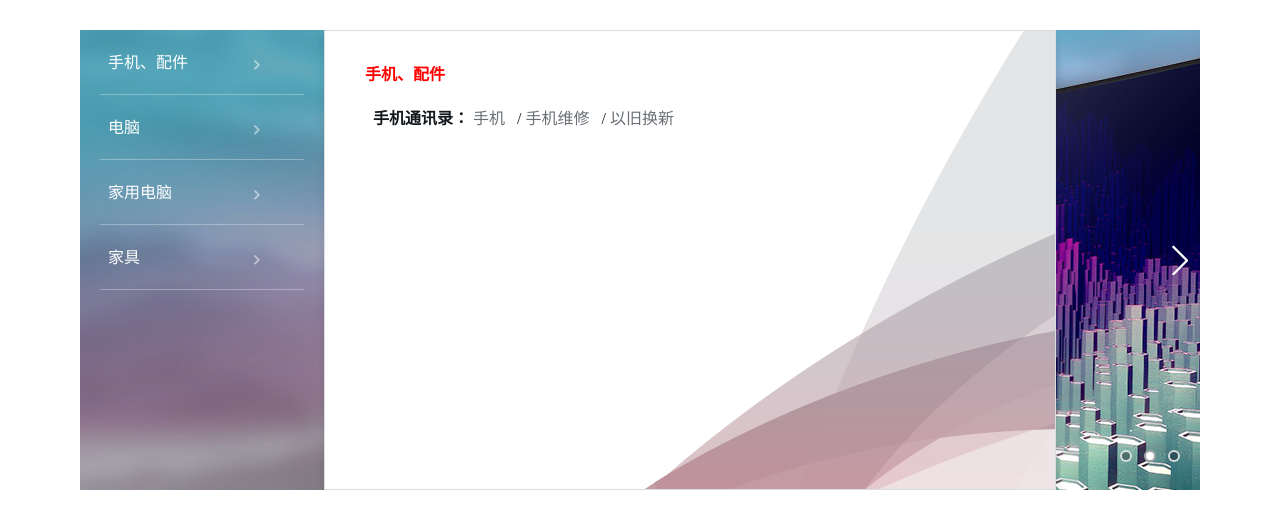
Repository: zhenzhen-gong/JSslider
Page: index.html
These files come from the project's save history. The page is drawn as it stood at one moment and after the next save; the edit follows.
The browser window is 1280 px wide. The pictures show the whole page.

Above is the page before, as saved 2020-06-06 18:58:32.

### index.html
<!DOCTYPE html>
<html lang="en">

<head>
    <meta charset="UTF-8">
    <meta name="viewport" content="width=device-width, initial-scale=1.0">
    <title>JS实现轮播图</title>
    <link rel="stylesheet" href="style.css">
    <script src="js.js"></script>
</head>

<body>
    <div class="main" id="main">
        <!-- 导航栏 -->
        <div class="menu-box">
            <div class="menu-title">
                <a href="#">
                    <span class="text">手机、配件</span><span class="ico">&#xe665;</span>
                </a>
            </div>
            <div class="menu-title">
                <a href="#">
                    <span class="text">电脑</span><span class="ico">&#xe665;</span>
                </a>
            </div>
            <div class="menu-title">
                 <a href="#">
                    <span class="text">家用电脑</span><span class="ico">&#xe665;</span>
                </a>
            </div>
            <div class="menu-title">
                <a href="#">
                    <span class="text">家具</span><span class="ico">&#xe665;</span>
                </a>
            </div>
        </div>
        <!-- 子菜单 -->
        <div class="menu-content">
            <!-- 每个一级menu对应的内容 -->
            <div class="content-box">
                <h4>手机、配件</h4>
                <ul>
                    <li>
                        <span class="title">手机通讯录：</span>
                        <a href="#">手机</a>
                        <span>/</span>
                        <a href="#">手机维修</a>
                        <span>/</span>
                        <a href="#">以旧换新</a>
                    </li>
                    <li></li>
                    <li></li>
                    <li></li>
                    <li></li>
                </ul>
            </div>
        </div>
        <!-- 图片轮播 -->
        <div class="slider" id="slider">
            <a href="">
                <div class="img img1 img-active"></div>
            </a>
            <a href="">
                <div class="img img2"></div>
            </a>
            <a href="">
                <div class="img img3"></div>
            </a>
        </div>
        <!-- 左右箭头 -->
        <span class="button left" id="pre"></span>
        <span class="button right" id="next"></span>
        <!-- 圆点切换 -->
        <div class="circle" id="circle">
            <span class="active"></span>
            <span></span>
            <span></span>
        </div>
        <div class="nav"></div>
        <div class="content"></div>
    </div>
</body>

</html>

### style.css
*{
    margin: 0;
    padding: 0;
}
ul{
    list-style: none;
}
@font-face {font-family: 'iconfont';
    src: url('../img/font/iconfont.eot');
    src: url('../img/font/iconfont.eot') format('embedded-opentype'),
    url('../img/font/iconfont.woff') format('woff'),
    url('../img/font/iconfont.ttf') format('truetype'),
    url('../img/font/iconfont.svg#iconfont') format('svg');
}
body{
    font-family: "微软雅黑";
    color: #14191e;
}
.main{
    position: relative;
    width: 1120px;
    height: 460px;
    margin: 30px auto;
    overflow: hidden;
}
.slider{
    position: relative;
    width: 1120px;
    height: 460px;
}
.img{
    position: absolute;
    width: 1120px;
    height: 460px;
    background-repeat: no-repeat;
    overflow: hidden;
    display: none;
}
.img1{
    background-image: url(img/bg1.jpg);
}
.img2{
    background-image: url(img/bg2.jpg);
}
.img3{
    background-image: url(img/bg3.jpg);
}
.img-active{
    display: block;
}
.button{
    position: absolute;
    width: 40px;
    height: 80px;
    left: 244px;
    top: 50%;
    margin-top: -40px;
    background:url(img/arrow.png) no-repeat center center ;
}
.button:hover{
    background-color: #333;
    opacity: 0.3;
    filter: alpha(opacity=80);/*是为了解决兼容问题，属于css3的filter属性*/
}
.right{
    left: auto;
    right: 0;
}
.left{
    transform: rotate(180deg);
}
.circle{
    position: absolute;
    right: 20px;
    bottom: 24px;
}
.circle span{
    display: inline-block;
    height: 12px;
    width: 12px;
    border-radius: 50%;
    background-color: rgba(7, 17, 27, 0.4);
    margin-left: 8px;
    box-shadow: 0 0 0 2px rgba(255, 255, 255, 0.8) inset;
    cursor: pointer;
}
.circle span.active{
    background-color: #ffffff;
    box-shadow: 0 0 0 2px rgba(7, 17, 27, 0.4) inset;
}
.menu-box{
    position: absolute;
    left: 0;
    top: 0;
    z-index: 1;
    width: 244px;
    height: 460px;
    background-color: rgba(7, 17, 27, 0.3);
}
.menu-title{
    position: relative;
    padding: 0 8px;
    margin: 0 20px;
    border-bottom: 1px solid rgba(255, 255, 255, 0.3);
    height: 64px;
    line-height: 66px;
}
.menu-title a{
    text-decoration: none;
    color: #5e5e5e;
    font-size: 16px;
    color: #ffffff;
}
.menu-title .ico{
    position: absolute;
    right: 32px;
    top: 2px;
    font-size: 30px;
    font-family: "iconfont";
    color: rgba(255, 255, 255, 0.5);
}
.menu-content{
    position: absolute;
    left: 244px;
    top: 0;
    width: 730px;
    height: 458px;
    border: 1px solid #d9dde1;
    z-index: 1;
    box-shadow: 0 4px 8px 0 rgba(0, 0, 0, 0.1);
    background: url(img/fe.png) no-repeat;
}
.content-box{
    width: 100%;
    height: 100%;
    padding: 30px 40px;
    box-sizing: border-box;
}
.content-box h4{
    color: red;
}
.content-box ul{
    margin-top: 20px;
}
.content-box a{
    text-decoration: none;
    color: rgba(7, 17, 27,0.6);
}
.content-box .title{
    font-weight: bolder;
}
.content-box span{
    padding-left: 8px;
}

### js.js
window.onload = function () {
    function byId(id){
        return typeof(id) === "string"? document.getElementById(id):id;
      }
      var index = 0,
          timer =null,
          sliders = byId("slider").getElementsByTagName("div"),
          circles = byId("circle").getElementsByTagName("span"),
          len = sliders.length,
          pre = byId("pre"),
          next = byId("next")

     function imgSlider(){
         var main = byId("slider")
        //   鼠标移动到图片上方，图片停止切换
        main.onmouseover = function(){
          if(timer) clearInterval(timer)
        }
        // 鼠标移出图片区域时，图片继续滑动
        main.onmouseout = function(){
            timer = setInterval(function(){
                index++;
                if(index>=len){
                    index = 0;
                }
                // 切换图片
                changeImg()
            }, 3000);
        }
        main.onmouseout();
        //点击圆点切换图片
        // 1、找到所有圆点  并为每个圆点绑定click事件
        for(let i = 0;i<len;i++){
            circles[i].id = i
            circles[i].onclick = function(){
               index = i
                //2、调用切换图片的函数
            changeImg()
            }
        }
        // 给左右箭头绑定点击事件
        next.onclick = function(){
            index++;
            if(index>=len) index=0
            changeImg()
        }
        pre.onclick = function(){
            index--;
            if(index<0) index = len - 1
            changeImg()
        }
     }
     function changeImg(){
         // 当前图片的display属性为block，其他为none；
         for (let i = 0;i<len;i++){
             sliders[i].style.display = "none"
             circles[i].className = " " //清除所有小圆点上的类，在当前小圆点上增加active类名  实现点击哪个小圆点，那个小圆点的样式改变
         }
         sliders[index].style.display = "block"
         circles[index].className = "active"
     }
     imgSlider()
}

After the next save:
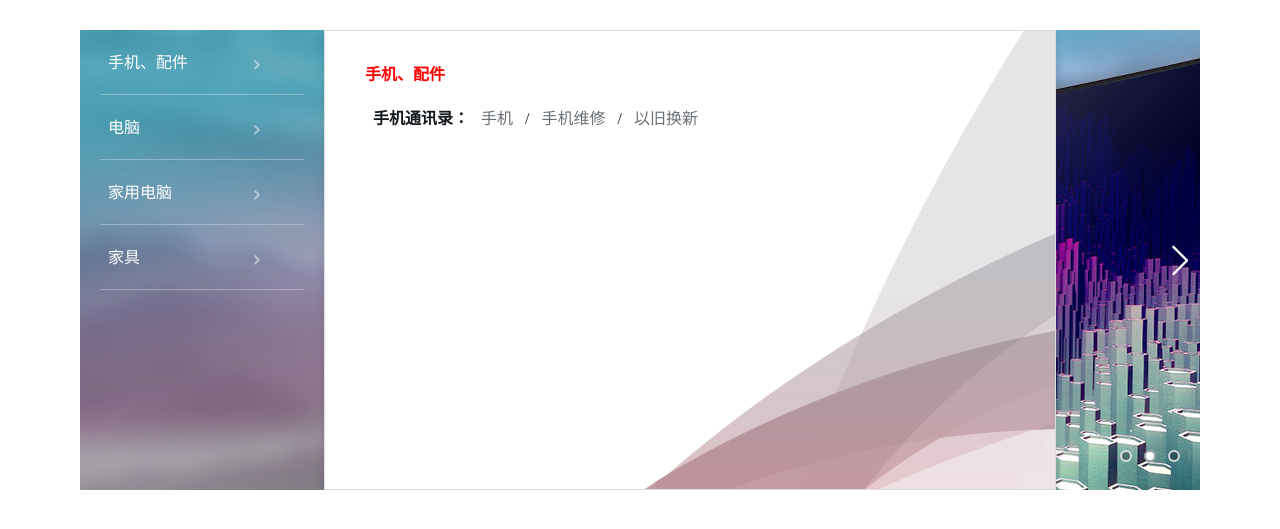
Saved 15 s later.
--- a/style.css
+++ b/style.css
@@ -150,5 +150,5 @@
     font-weight: bolder;
 }
 .content-box span{
-    padding-left: 8px;
+    padding: 0 8px;
 }
